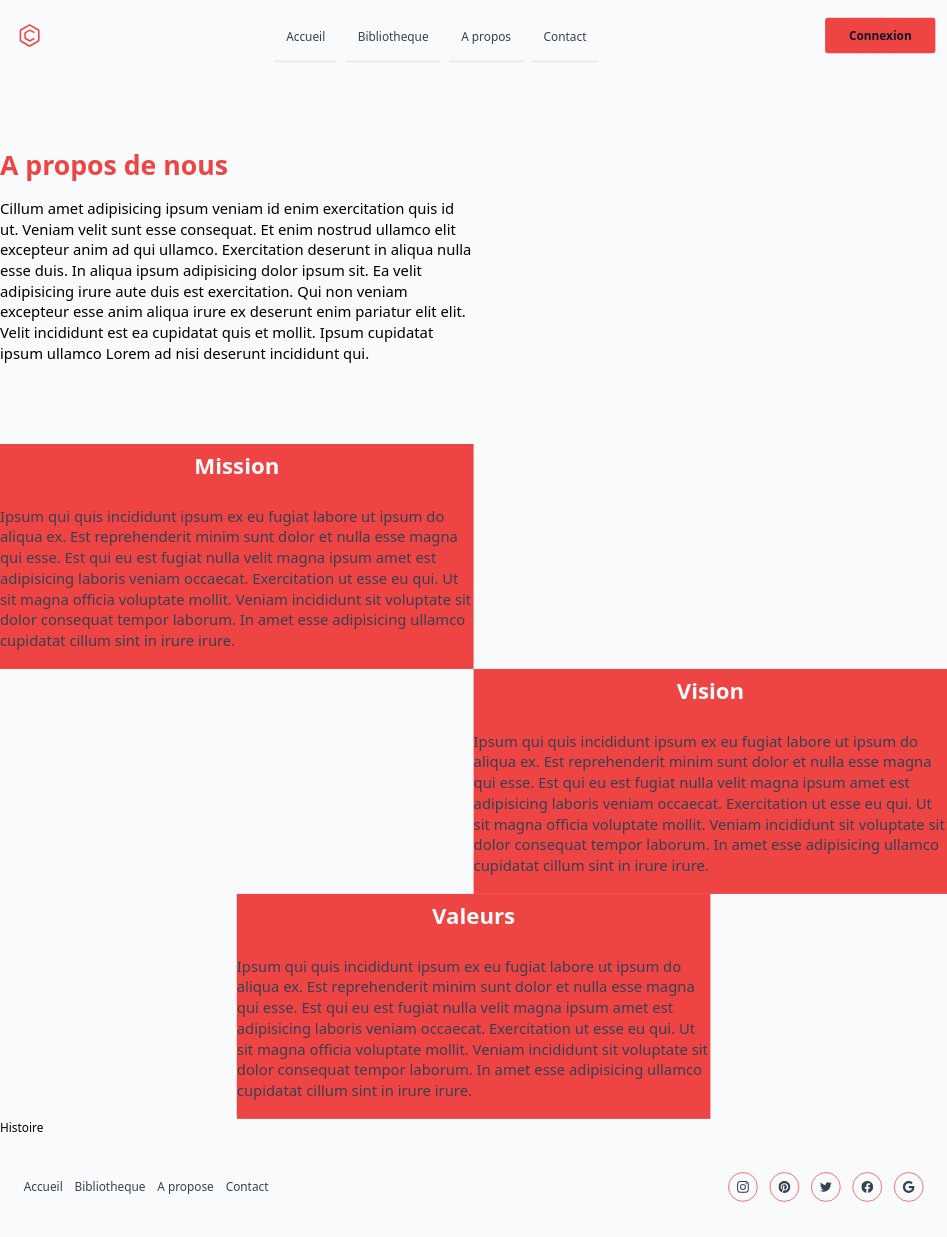
Repository: erulabs243/museum
Page: /about
The author's editor kept a copy of each file at every save. The page is drawn from the files as they stood at one save, then again after the next save.
The browser window is 1280 px wide. The pictures show the whole page, at 74% of full size.
The project was rebuilt for these pictures with package versions that can differ from the ones it lists, and the page was loaded fresh each time. Also part of the build but not shown: vite.config.js, src/pages/admin/Home.jsx, src/pages/commons/NotFound.jsx, src/components/atoms/TagBadge.jsx, src/components/atoms/MyAudioPlayer.jsx, src/components/atoms/MyVideoPlayer.jsx, src/components/atoms/MediaCard.jsx, src/components/sections/Testimonial.jsx and 16 more.

Above is the page before, as saved 2022-08-10 14:14:12.

After the next save:
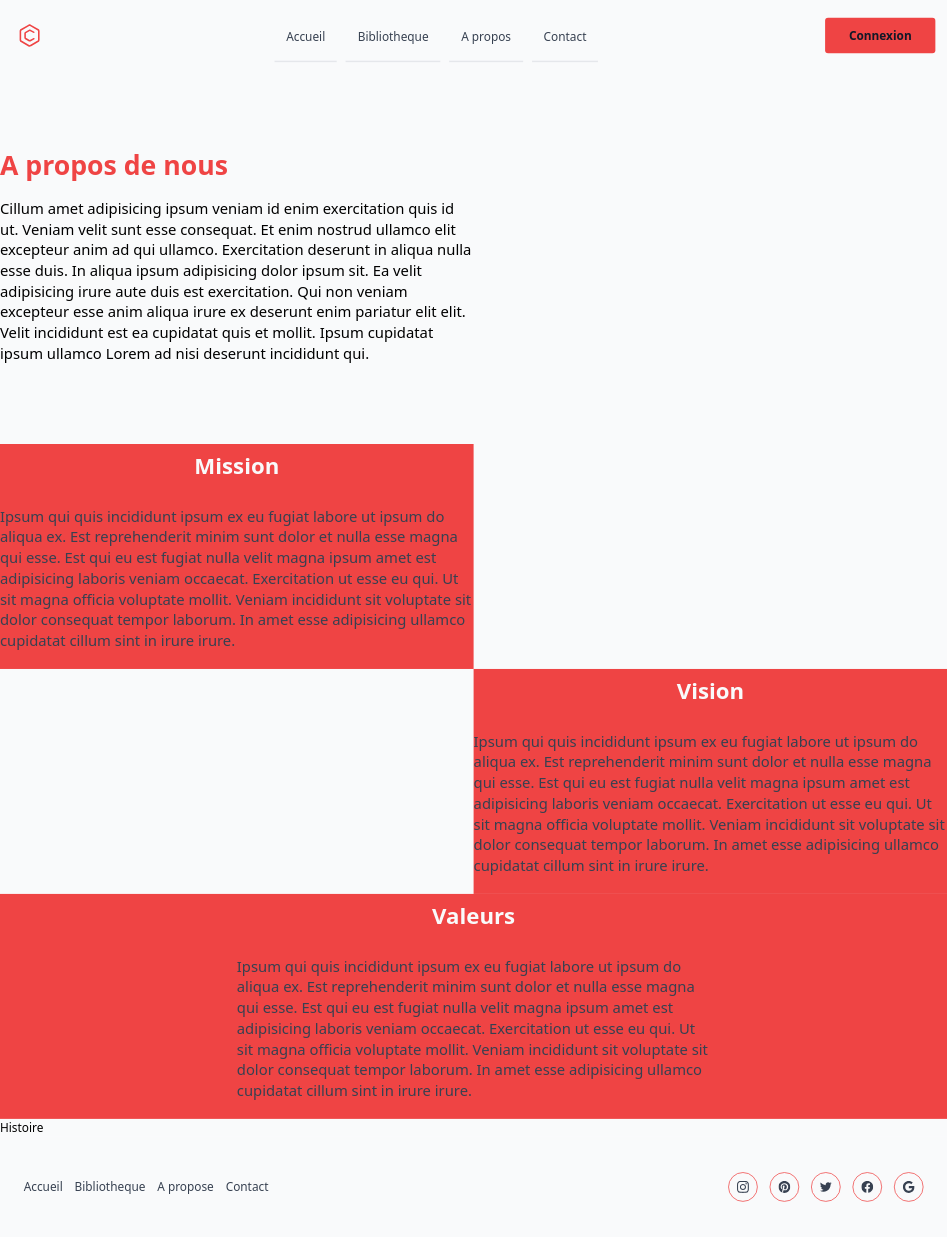
Saved 20 s later.
--- a/src/pages/user/About.jsx
+++ b/src/pages/user/About.jsx
@@ -64,9 +64,9 @@ const About = () => {
             </section>
 
             {/* VALUES */}
-            <section>
+            <section className="bg-red-500 ">
                 <div className="w-1/2 mx-auto">
-                    <div className="bg-red-500 text-gray-50 p-24">
+                    <div className="text-gray-50 p-24">
                         <h1 className="text-3xl text-center py-3 font-semibold">Valeurs</h1>
                         <p className="text-xl w-2/3 text-gray-700 mx-auto py-6">
                             Ipsum qui quis incididunt ipsum ex eu fugiat labore ut ipsum do aliqua
